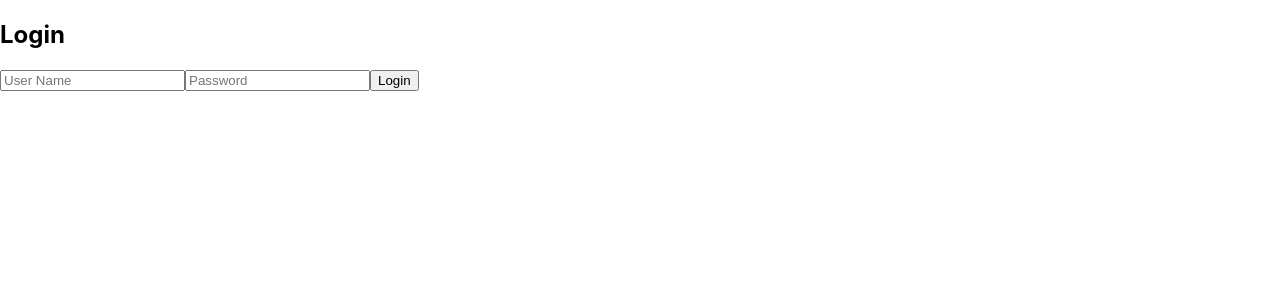
Repository: Vincent-CT/exambase-SPA
Page: /
These files come from the project's save history. The page is drawn as it stood at one moment and after a run of saves; the edit follows.
The browser window is 1280 px wide. The pictures show the whole page.
The project was rebuilt for these pictures with package versions that can differ from the ones it lists, and the page was loaded fresh each time. Also part of the build but not shown: src/App.css.

Above is the page before, as saved 2019-11-14 11:08:20.

### src/index.css
body {
  margin: 0;
  font-family: -apple-system, BlinkMacSystemFont, "Segoe UI", "Roboto", "Oxygen",
    "Ubuntu", "Cantarell", "Fira Sans", "Droid Sans", "Helvetica Neue",
    sans-serif;
  -webkit-font-smoothing: antialiased;
  -moz-osx-font-smoothing: grayscale;
}

code {
  font-family: source-code-pro, Menlo, Monaco, Consolas, "Courier New",
    monospace;
}

ul.header {
  list-style-type: none;
  margin: 0;
  padding: 0;
  overflow: hidden;
  background-color: #333;
}

ul.header li {
  float: left;
}

ul.header li a {
  display: block;
  color: white;
  text-align: center;
  padding: 14px 16px;
  text-decoration: none;
}
ul.header li a:hover:not(.active) {
  background-color: #111;
}
.active {
  background-color: #4caf50;
}

### src/App.js
import "./App.css";
import React, { useState, useEffect } from "react";
import facade from "./apiFacade";
import {
  BrowserRouter as Router,
  Switch,
  Route,
  useRouteMatch,
  useParams,
  Link,
  Prompt,
  NavLink
} from "react-router-dom";

function LogIn({ login }) {
  const init = { username: "", password: "" };
  const [loginCredentials, setLoginCredentials] = useState(init);

  const performLogin = evt => {
    evt.preventDefault();
    login(loginCredentials.username, loginCredentials.password);
  };
  const onChange = evt => {
    setLoginCredentials({
      ...loginCredentials,
      [evt.target.id]: evt.target.value
    });
  };

  return (
    <div>
      <h2>Login</h2>
      <form onChange={onChange}>
        <input placeholder="User Name" id="username" />
        <input placeholder="Password" id="password" />
        <button onClick={performLogin}>Login</button>
      </form>
    </div>
  );
}
function LoggedIn({ logout }) {
  return (
    <div>
      <Router>
        <Header />
        <Content logout={logout} />
      </Router>
    </div>
  );
}

const Header = () => {
  if (facade.getRole === "admin") {
    return (
      <ul className="header">
        <li>
          <NavLink exact activeClassName="active" to="/">
            Home
          </NavLink>
        </li>
        <li>
          <NavLink activeClassName="active" to="/peope">
            People
          </NavLink>
        </li>
        <li>
          <NavLink activeClassName="active" to="/company">
            Company
          </NavLink>
        </li>
        <li>
          <NavLink activeClassName="active" to="/logout">
            Logout
          </NavLink>
        </li>
      </ul>
    );
  }
  return (
    <ul className="header">
      <li>
        <NavLink exact activeClassName="active" to="/">
          Home
        </NavLink>
      </li>
      <li>
        <NavLink activeClassName="active" to="/people">
          People
        </NavLink>
      </li>
      <li>
        <NavLink activeClassName="active" to="/company">
          Company
        </NavLink>
      </li>
      <li>
        <NavLink activeClassName="active" to="/logout">
          Logout
        </NavLink>
      </li>
    </ul>
  );
};

const Content = ({ logout }) => {
  return (
    <Switch>
      <Route exact path="/">
        <Home />
      </Route>
      <Route path="/people">
        <People />
      </Route>
      <Route path="/company">
        <Company />
      </Route>
      <Route path="/logout">
        <Logout logout={logout} />
      </Route>
      <Route path="*">
        <NoMatch />
      </Route>
    </Switch>
  );
};
const People = () => {
  return (
    <div>
      <h3>PEOPLE</h3>
    </div>
  );
};
const Company = () => {
  return (
    <div>
      <h3>COMPANY</h3>
    </div>
  );
};

const NoMatch = () => <div>Urlen matcher ingen kendte routes</div>;

const Logout = ({ logout }) => {
  const handleLogout = () => {
    logout();
  };
  return (
    <div>
      <button onClick={handleLogout}>Logout</button>
    </div>
  );
};

const Home = () => {
  const [dataFromServer, setDataFromServer] = useState("Fetching...");
  const [listPeople, setListPeople] = useState("");

  useEffect(() => {
    facade.fetchData().then(res => setDataFromServer(res.msg));
  }, []);
  useEffect(() => {
    facade.fetchPeople().then(res => setListPeople(res));
    console.log(facade.getRole());
  }, []);
  return (
    <div>
      <h2>Data Received from server</h2>
      <h3>{dataFromServer}</h3>
      <p>{JSON.stringify(listPeople)}</p>
    </div>
  );
};

function App() {
  const [loggedIn, setLoggedIn] = useState(false);

  const logout = () => {
    facade.logout();
    setLoggedIn(false);
  };
  const login = (user, pass) => {
    facade.login(user, pass).then(res => setLoggedIn(true));
  };

  return (
    <div>
      {!loggedIn ? (
        <LogIn login={login} />
      ) : (
        <div>
          <LoggedIn logout={logout} />
        </div>
      )}
    </div>
  );
}
export default App;

### src/apiFacade.js
const URL = "http://localhost:8080/securitystarter";

function handleHttpErrors(res) {
  if (!res.ok) {
    return Promise.reject({ status: res.status, fullError: res.json() });
  }
  return res.json();
}

function apiFacade() {
  const setToken = token => {
    localStorage.setItem("jwtToken", token);
  };
  const getToken = () => {
    return localStorage.getItem("jwtToken");
  };
  const getRole = () => {
    let jwt = localStorage.getItem("jwtToken");
    let jwtData = jwt.split(".")[1];
    let decodedJwtJsonData = window.atob(jwtData);
    let decodedJwtData = JSON.parse(decodedJwtJsonData);
    return decodedJwtData.roles;
  };
  const loggedIn = () => {
    const loggedIn = getToken() != null;
    return loggedIn;
  };
  const logout = () => {
    localStorage.removeItem("jwtToken");
  };

  const login = (user, password) => {
    const options = makeOptions("POST", true, {
      username: user,
      password: password
    });
    return fetch(URL + "/api/login", options)
      .then(handleHttpErrors)
      .then(res => {
        setToken(res.token);
      });
  };
  const fetchData = () => {
    const options = makeOptions("GET", true); //True add's the token
    if (getRole() === "admin") {
      return fetch(URL + "/api/info/admin", options).then(handleHttpErrors);
    }
    return fetch(URL + "/api/info/user", options).then(handleHttpErrors);
  };

  const fetchPeople = () => {
    const options = makeOptions("GET", true); //True add's the token
    return fetch(URL + "/api/info/user/people", options).then(handleHttpErrors);
  };

  const makeOptions = (method, addToken, body) => {
    var opts = {
      method: method,
      headers: {
        "Content-type": "application/json",
        Accept: "application/json"
      }
    };
    if (addToken && loggedIn()) {
      opts.headers["x-access-token"] = getToken();
    }
    if (body) {
      opts.body = JSON.stringify(body);
    }
    return opts;
  };
  return {
    makeOptions,
    setToken,
    getToken,
    loggedIn,
    login,
    logout,
    fetchData,
    getRole,
    fetchPeople
  };
}
const facade = apiFacade();
export default facade;

Loaded but not shown: public/index.html (common file); src/index.js (common file)

After the next 4 saves:
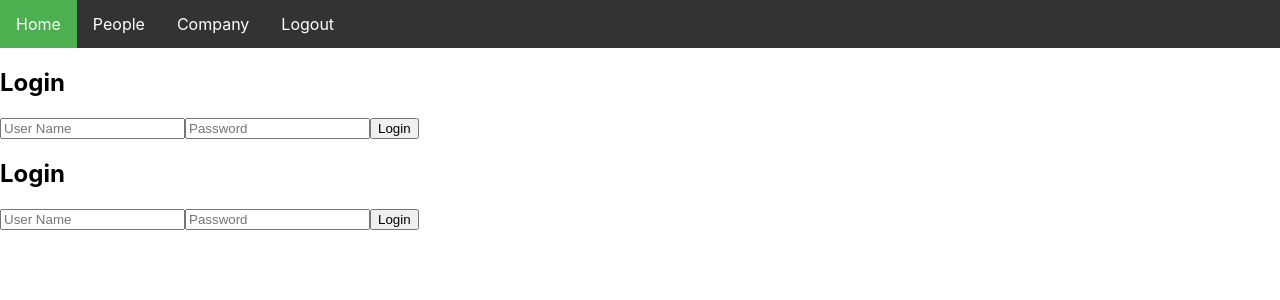
The 4 saves are shown as one change because 3 did not build or start.
The last was saved 19 min 0 s later.
--- a/src/App.js
+++ b/src/App.js
@@ -102,11 +102,11 @@ const Header = () => {
   );
 };
 
-const Content = ({ logout }) => {
+const Content = ({ logout, login }) => {
   return (
     <Switch>
       <Route exact path="/">
-        <Home />
+        <LogIn login={login} />
       </Route>
       <Route path="/people">
         <People />
@@ -183,15 +183,19 @@ function App() {
   };
 
   return (
-    <div>
-      {!loggedIn ? (
-        <LogIn login={login} />
-      ) : (
-        <div>
-          <LoggedIn logout={logout} />
-        </div>
-      )}
-    </div>
+    <Router>
+      <Header />
+      <Content logout={logout} login={login} />
+      <div>
+        {!loggedIn ? (
+          <LogIn login={login} />
+        ) : (
+          <div>
+            <LoggedIn logout={logout} />
+          </div>
+        )}
+      </div>
+    </Router>
   );
 }
 export default App;
